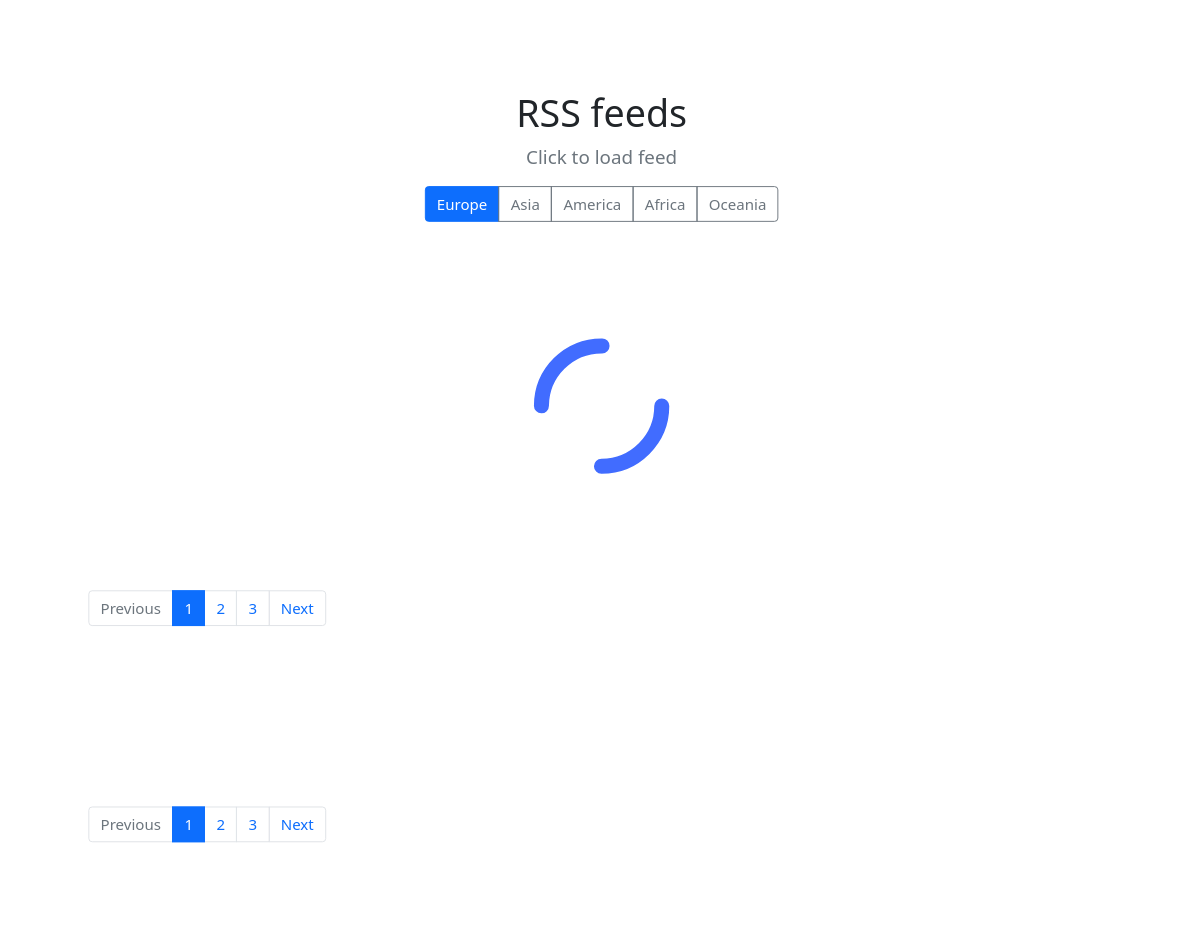
Repository: lilit1121/Templating-DOM-manipulation-and-data-processing
Page: europe.html
The author's editor kept a copy of each file at every save. The page is drawn from the files as they stood at one save, then again after the next save.
The browser window is 1280 px wide. The pictures show the whole page, at 94% of full size.
The page's requests for data from a server got no answer.

Above is the page before, as saved 2023-02-09 15:57:40.

### europe.html
<!DOCTYPE html>
<html lang="en">
   <head>
    <meta charset="UTF-8" />
    <meta http-equiv="X-UA-Compatible" content="IE=edge" />
    <meta name="viewport" content="width=device-width, initial-scale=1.0" />
    <link rel="stylesheet" href="styles.css" />
    <link
      href="https://cdn.jsdelivr.net/npm/bootstrap@5.0.2/dist/css/bootstrap.min.css"
      rel="stylesheet"
      integrity="sha384-EVSTQN3/azprG1Anm3QDgpJLIm9Nao0Yz1ztcQTwFspd3yD65VohhpuuCOmLASjC"
      crossorigin="anonymous"
    />
    <script
      src="https://cdn.jsdelivr.net/npm/bootstrap@5.0.2/dist/js/bootstrap.bundle.min.js"
      integrity="sha384-MrcW6ZMFYlzcLA8Nl+NtUVF0sA7MsXsP1UyJoMp4YLEuNSfAP+JcXn/tWtIaxVXM"
      crossorigin="anonymous"
    ></script>
    <title>Templating, DOM manipulation and data processing</title>
  </head>
  <body>
    <section class="py-5 text-center container">
      <div class="row py-lg-5">
        <div class="col-lg-6 col-md-8 mx-auto">
          <h1 class="fw-light">RSS feeds</h1>
          <p class="lead text-muted">Click to load feed</p>
          <div class="btn-group">
            <a href="./europe.html#" class="btn btn-primary">Europe</a>
            <a href="./asia.html#" class="btn btn-outline-secondary">Asia</a>
            <a href="./americas.html#" class="btn btn-outline-secondary"
              >America</a
            >
            <a href="./africa.html#" class="btn btn-outline-secondary"
              >Africa</a
            >
            <a href="./oceania.html#" class="btn btn-outline-secondary"
              >Oceania</a
            >
          </div>
        </div>
      </div>
    </section>


    <!-- Loading state UI -->
    <div id="loadding" class="visually-hidden">
      <svg
      xmlns="http://www.w3.org/2000/svg"
      xmlns:xlink="http://www.w3.org/1999/xlink"
      style="margin: auto; background: #fff; display: block"
      width="200px"
      height="200px"
      viewBox="0 0 100 100"
      preserveAspectRatio="xMidYMid"
    >
      <circle
        cx="50"
        cy="50"
        r="32"
        stroke-width="8"
        stroke="#416cff"
        stroke-dasharray="50.26548245743669 50.26548245743669"
        fill="none"
        stroke-linecap="round"
      >
        <animateTransform
          attributeName="transform"
          type="rotate"
          repeatCount="indefinite"
          dur="1s"
          keyTimes="0;1"
          values="0 50 50;360 50 50"
        ></animateTransform>
      </circle>
    </svg>
  </div>

    <!-- Error state UI -->
    <div id="error" class="visually-hidden">
      <h5>Unable to load feed</h5>
      <!-- Show error message, if applicable -->
      Feed could not be converted, probably not a valid RSS feed.<br />
    </div>
    <!-- Pagination -->
    <div class="container">
    <section class="py-5 text-center container">
      <div class="row py-lg-5">
        <nav>
          <ul class="pagination">
            <li class="page-item disabled">
              <a class="page-link">Previous</a>
            </li>
            <li class="page-item active">
              <a class="page-link" href="#">1</a>
            </li>
            <li class="page-item">
              <a class="page-link" href="#">2</a>
            </li>
            <li class="page-item"><a class="page-link" href="#">3</a></li>
            <li class="page-item">
              <a class="page-link" href="#">Next</a>
            </li>
          </ul>
        </nav>
      </div>
    </section>

      <!-- Feed (Show no more than 5 posts per page) -->
      <div
        id="main_container"
        class="row row-cols-1 row-cols-sm-2 row-cols-md-3 g-3"
      ></div>


    <!-- Pagination -->
    <section class="py-5 text-center container">
      <div class="row py-lg-5">
        <nav>
          <ul class="pagination">
            <li class="page-item disabled">
              <a class="page-link">Previous</a>
            </li>
            <li class="page-item active">
              <a class="page-link" href="#">1</a>
            </li>
            <li class="page-item">
              <a class="page-link" href="#">2</a>
            </li>
            <li class="page-item"><a class="page-link" href="#">3</a></li>
            <li class="page-item">
              <a class="page-link" href="#">Next</a>
            </li>
          </ul>
        </nav>
      </div>
    </div>
    </section>
    <script src="./script.js"></script>
  </body>
</html>

### styles.css

.card-text {
    display: -webkit-box;
    -webkit-box-orient: vertical;
    -webkit-line-clamp: 4;
    overflow: hidden;
  }

### script.js
const main_container = document.getElementById("main_container");
const page_item = document.querySelectorAll(".page-item");
const loadding = document.getElementById('loadding')
const error = document.getElementById('error')
let countriesData;
let sliceStart = 0;
let currentPage = 1;

page_item.forEach((el) => {
  el.addEventListener("click", (event) => {
    changePage(event);
  });
});

function changePage(e) {
  if (e.target.innerText === "Next" && sliceStart < 10) {
    sliceStart += 5;
    currentPage = (sliceStart - 5) / 5 + 2;
  } else if (e.target.innerText === "Previous" && sliceStart > 0) {
    sliceStart -= 5;
    currentPage = (sliceStart + 5) / 5;
  } else if (
    e.target.innerText === "1" ||
    e.target.innerText === "2" ||
    e.target.innerText === "3"
  ) {
    currentPage = +e.target.innerText;
    sliceStart = (+e.target.innerText - 1) * 5;
  }
  page_item.forEach((el) => {
    el.classList.remove("active");
    el.classList.remove("disabled");
    if (currentPage === +el.innerText) el.classList.add("active");
    else if (currentPage === 1 && el.innerText === "Previous")
      el.classList.add("disabled");
    else if (currentPage === 3 && el.innerText === "Next")
      el.classList.add("disabled");
  });
  showCountrys(countriesData, sliceStart);
}

function showCountrys(countriesData, sliceStart) {
  let countrys = countriesData.slice(sliceStart, sliceStart + 5);
  main_container.innerHTML = "";
  for (let i = 0; i < countrys.length; i++) {
    main_container.innerHTML += `<div id="main_container" class="col">
    <div class="card shadow-sm">
      <img src=${countrys[i].flags.png} />
      <div class="card-body">
        <h4>
          Country: ${countrys[i].name.official}
        </h4>
        <h5>
          Country: ${countrys[i].capital ? countrys[i].capital[0] : undefined}
        </h5>
        <p class="card-text">
          <small
            >Population: ${countrys[i].population}</small
          >
        </p>
        <p><a href="#">Read more &rarr;</a></p>
        <div class="d-flex justify-content-between align-items-center">
          <!-- Format date appropriately as per browser/device region format -->
          <small class="text-muted">Dec 10, 2021</small>
        </div>
      </div>
    </div>
    </div>  `;
  }
}

(async function getCountriesDataByRegion() {
  loadding.style.display='contents'
  await fetch(`https://restcountries.com/v3.1/region/${window.location.pathname.slice(1).split('.')[0]}`)
    .then((res) => res.json())
    .then((data) => {
      countriesData = data.slice(0, 15);
      showCountrys(countriesData, sliceStart);
    }).catch()
      error.style.display='contents'

    loadding.style.display='none'
})();

After the next save:
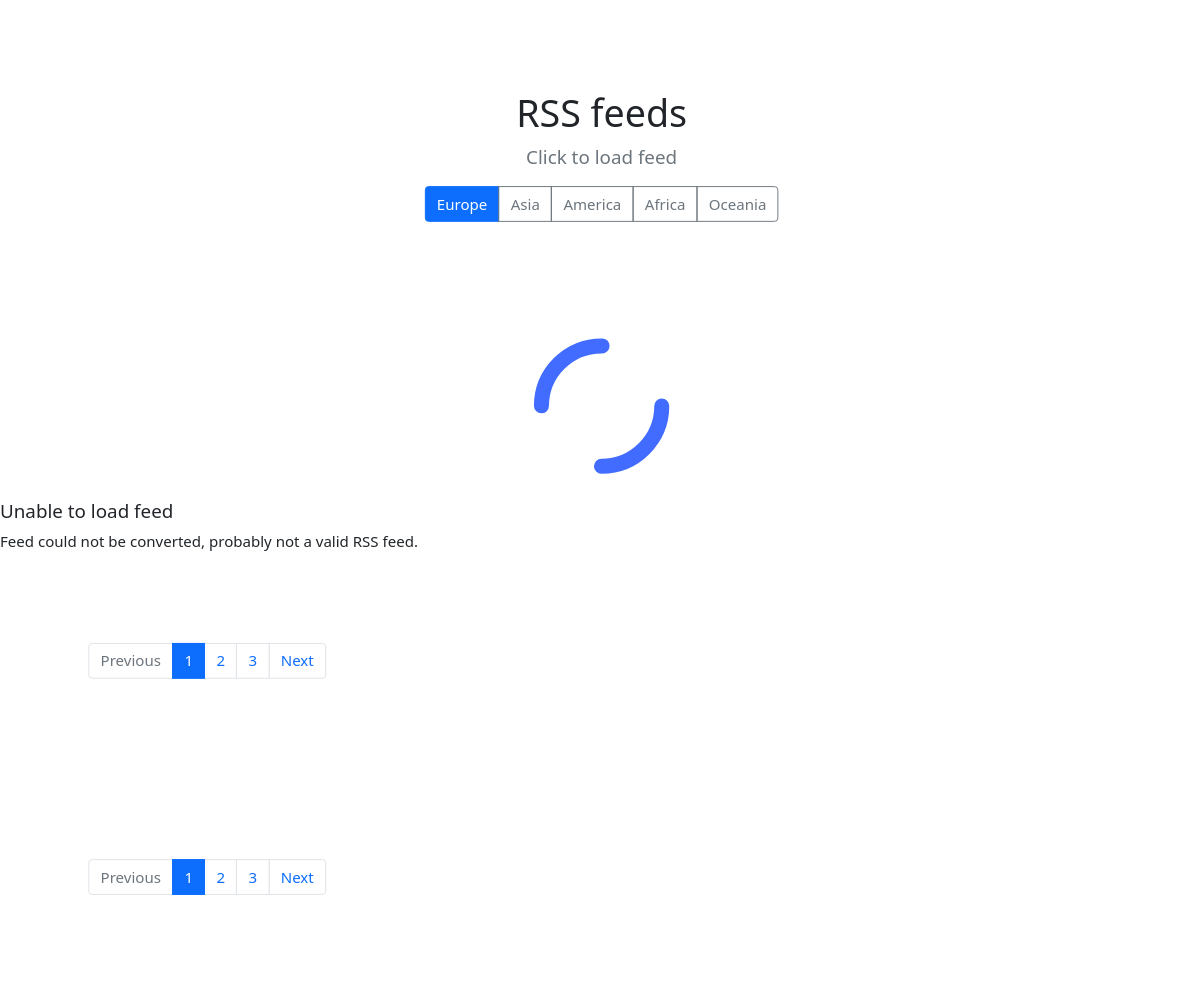
Saved 8 s later.
--- a/script.js
+++ b/script.js
@@ -76,8 +76,8 @@ function showCountrys(countriesData, sliceStart) {
     .then((data) => {
       countriesData = data.slice(0, 15);
       showCountrys(countriesData, sliceStart);
-    }).catch()
-      error.style.display='contents'
+    }).catch(error.style.display='contents')
+
 
     loadding.style.display='none'
 })();
